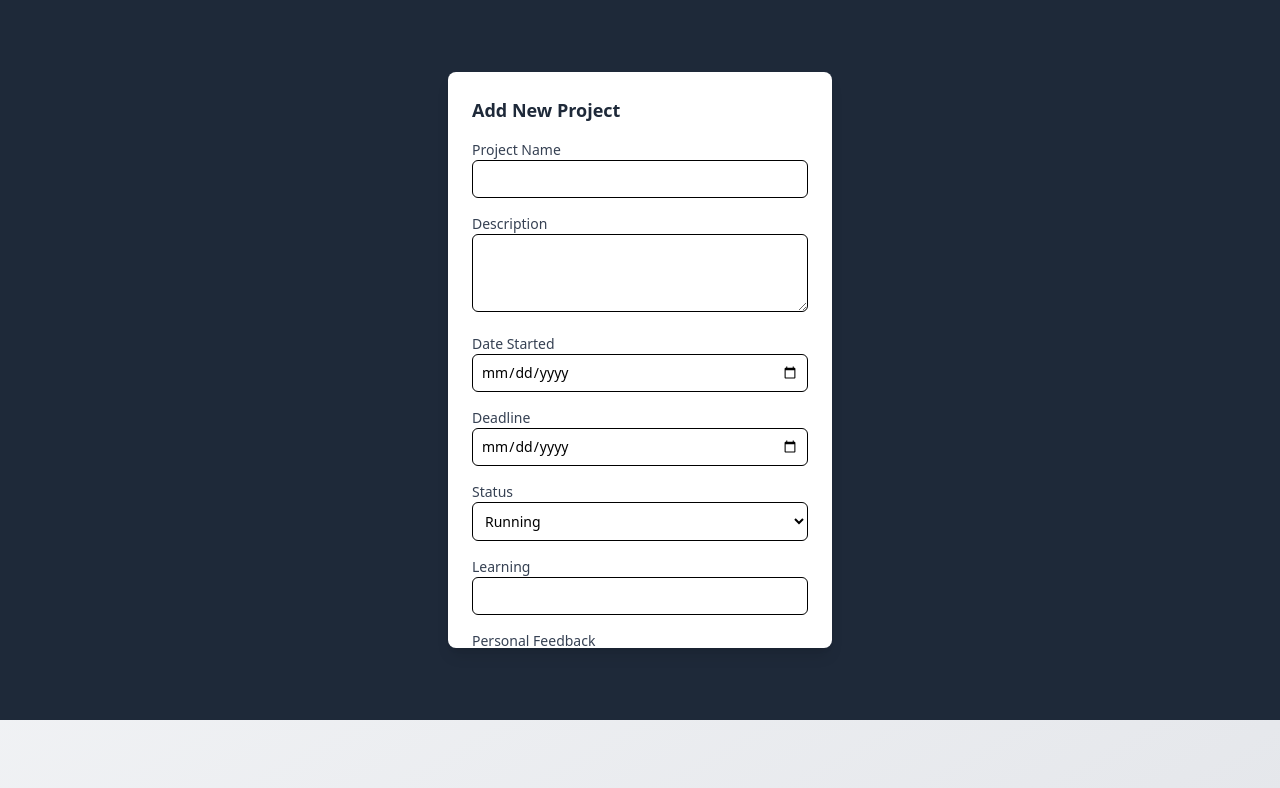
Repository: mohitagrawal0412/Workify
Page: /projects (app in client/), after clicking the first element matching `button.bg-indigo-600`
These files come from the project's save history. The page is drawn as it stood at one moment and after the next save; the edit follows.
The browser window is 1280 px wide. The pictures show the whole page.
The project was rebuilt for these pictures with package versions that can differ from the ones it lists, and the page was loaded fresh each time. Also part of the build but not shown: client/vite.config.js, client/src/index.css, client/src/Components/Dashboard/Dashboard.jsx, client/src/Components/Dashboard/ProjectDetails.jsx, client/src/Components/Dashboard/EntryDetails.jsx, client/src/Components/Dashboard/SubEntryDetails.jsx.

Above is the page before, as saved 2025-04-15 14:50:19.

### client/src/App.jsx
import './App.css';
import { BrowserRouter as Router, Routes, Route } from 'react-router-dom';
import Navbar from './Components/Dashboard/Navbar.jsx'; // Import Navbar component
import Dashboard from './Components/Dashboard/Dashboard';
import AllProjects from './Components/Dashboard/AllProjects'; // Adjust path as needed
import ProjectDetails from './Components/Dashboard/ProjectDetails'; // Add this import for the project details page
import EntryDetails from './Components/Dashboard/EntryDetails'; // Add this import for the entry details page
import SubEntryDetails from './Components/Dashboard/SubEntryDetails';

function App() {
  return (
    <Router>
      {/* Navbar will be displayed across all pages */}
      <Navbar />

      <Routes>
        {/* Route for Dashboard */}
        <Route path="/" element={<Dashboard />} />

        {/* Route for All Projects */}
        <Route path="/projects" element={<AllProjects />} />

        {/* Route for Project Details, assuming we are passing projectId */}
        <Route path="/projectDetails" element={<ProjectDetails />} />

        {/* Route for Entry Details, assuming we are passing entryId */}
        <Route path="/entryDetails" element={<EntryDetails />} />

        {/* Route for SubEntryDetails */}
        <Route path="/SubEntryDetails" element={<SubEntryDetails />} />
      </Routes>
    </Router>
  );
}

export default App;

### client/src/Components/Dashboard/Navbar.jsx
import React, { useState, useEffect } from "react";
import { Link } from "react-router-dom";
import { FaMoon, FaSun, FaBars, FaTimes } from "react-icons/fa";

const Navbar = () => {
  const [darkMode, setDarkMode] = useState(false);
  const [isMenuOpen, setIsMenuOpen] = useState(false);

  const toggleDarkMode = () => setDarkMode(!darkMode);
  const toggleMenu = () => setIsMenuOpen(!isMenuOpen);

  useEffect(() => {
    if (darkMode) {
      document.body.classList.add("dark");
    } else {
      document.body.classList.remove("dark");
    }
  }, [darkMode]);

  return (
    <nav className="bg-white dark:bg-gray-900 shadow-md px-6 py-4 rounded-b-xl">
      <div className="flex items-center justify-between">
        {/* Logo */}
        <span className="text-purple-600 dark:text-purple-400 text-2xl font-extrabold tracking-wide transform hover:scale-105 transition-transform">
          📘 WorkLogger
        </span>

        {/* Hamburger Button */}
        <button
          className="sm:hidden text-gray-700 dark:text-gray-300 text-2xl focus:outline-none"
          onClick={toggleMenu}
        >
          {isMenuOpen ? <FaTimes /> : <FaBars />}
        </button>

        {/* Desktop Menu */}
        <div className="hidden sm:flex items-center space-x-6 text-sm font-medium text-gray-700 dark:text-gray-300">
          <Link to="/" className="hover:text-purple-600 dark:hover:text-purple-400">Dashboard</Link>
          <Link to="/projects" className="hover:text-purple-600 dark:hover:text-purple-400">Projects</Link>
          <Link to="/calendar" className="hover:text-purple-600 dark:hover:text-purple-400">Calendar</Link>
          <Link to="/insights" className="hover:text-purple-600 dark:hover:text-purple-400">Insights</Link>
          <Link to="/settings" className="hover:text-purple-600 dark:hover:text-purple-400">Settings</Link>

          <button
            onClick={toggleDarkMode}
            className="ml-4 text-white bg-purple-600 hover:bg-purple-700 px-3 py-2 rounded-lg transition-all duration-200 flex items-center gap-2"
          >
            {darkMode ? <FaSun /> : <FaMoon />}
            {darkMode ? "Light" : "Dark"}
          </button>
        </div>
      </div>

      {/* Mobile Menu */}
      {isMenuOpen && (
        <div className="sm:hidden mt-4 space-y-3 text-center text-gray-700 dark:text-gray-300 text-sm font-medium">
          <Link
            to="/"
            onClick={toggleMenu}
            className="block hover:text-purple-600 dark:hover:text-purple-400"
          >
            Dashboard
          </Link>
          <Link
            to="/projects"
            onClick={toggleMenu}
            className="block hover:text-purple-600 dark:hover:text-purple-400"
          >
            Projects
          </Link>
          <Link
            to="/calendar"
            onClick={toggleMenu}
            className="block hover:text-purple-600 dark:hover:text-purple-400"
          >
            Calendar
          </Link>
          <Link
            to="/insights"
            onClick={toggleMenu}
            className="block hover:text-purple-600 dark:hover:text-purple-400"
          >
            Insights
          </Link>
          <Link
            to="/settings"
            onClick={toggleMenu}
            className="block hover:text-purple-600 dark:hover:text-purple-400"
          >
            Settings
          </Link>

          <button
            onClick={() => {
              toggleDarkMode();
              toggleMenu();
            }}
            className="mt-2 text-white bg-purple-600 hover:bg-purple-700 px-4 py-2 rounded-lg transition-all duration-200 flex items-center gap-2 mx-auto"
          >
            {darkMode ? <FaSun /> : <FaMoon />}
            {darkMode ? "Light Mode" : "Dark Mode"}
          </button>
        </div>
      )}
    </nav>
  );
};

export default Navbar;

### client/src/Components/Dashboard/AllProjects.jsx
import React, { useState } from "react";
import AddProjectModal from "./AddProjectModal"; // Import the AddProjectModal component
import { FaClock, FaTasks, FaCalendarAlt, FaHourglassEnd } from "react-icons/fa";
import { Link, useNavigate } from "react-router-dom";

const dummyProjects = [
    {
        _id: "1",
        projectName: "Task Tracker App",
        description: "Track daily tasks and progress.",
        totalSpentTime: 12,
        status: "running",
        entries: [1, 2],
        createdAt: "2024-03-01T10:00:00Z",
        deadline: "2024-04-15T23:59:59Z",
    },
    {
        _id: "2",
        projectName: "Portfolio Website",
        description: "Personal portfolio for showcasing work.",
        totalSpentTime: 20,
        status: "completed",
        entries: [1, 2, 3],
        createdAt: "2024-02-15T08:30:00Z",
        deadline: "2024-03-10T23:59:59Z",
    },
    {
        _id: "3",
        projectName: "Expense Manager",
        description: "Manage personal finances with ease.",
        totalSpentTime: 8,
        status: "under seen of manager",
        entries: [],
        createdAt: "2024-04-01T14:45:00Z",
        deadline: "2024-05-01T23:59:59Z",
    },
];

const statusColors = {
    running: "bg-green-100 text-green-600",
    completed: "bg-purple-100 text-purple-600",
    "under seen of manager": "bg-yellow-100 text-yellow-600",
};

const AllProjects = () => {
    const [projects, setProjects] = useState(dummyProjects);
    const [showModal, setShowModal] = useState(false);

    const handleShowModal = () => setShowModal(true);
    const handleCloseModal = () => setShowModal(false);

    const handleAddProject = (newProject) => {
        console.log("New Project Added:", newProject);
        setProjects((prevProjects) => [
            ...prevProjects,
            { ...newProject, _id: new Date().toISOString() },
        ]);
        handleCloseModal(); // Close the modal
    };

    return (
        <div className="min-h-screen bg-gradient-to-br from-gray-50 to-gray-200 py-10 px-6">
            <h1 className="text-4xl font-bold text-center text-gray-800 mb-10">🚀 All Projects</h1>

            <div className="mb-5 text-center">
                <button
                    onClick={handleShowModal}
                    className="bg-indigo-600 text-white py-2 px-4 rounded-md shadow-md hover:bg-indigo-700 transition duration-200"
                    aria-label="Add a new project"
                >
                    Add Project
                </button>
            </div>

            <div className="grid grid-cols-1 sm:grid-cols-2 lg:grid-cols-3 gap-8">
                {projects.map((project) => (
                    <div
                        key={project._id}
                        className="bg-white rounded-2xl shadow-lg border border-gray-200 hover:shadow-xl transition-shadow duration-300"
                    >
                        {/* Card Header */}
                        <div className="bg-gradient-to-r from-purple-500 to-indigo-500 text-white rounded-t-2xl px-5 py-4 flex items-center justify-between">
                            <h2 className="text-xl font-bold">{project.projectName}</h2>
                            <span
                                className={`px-3 py-1 rounded-full text-xs font-medium ${statusColors[project.status]}`}
                            >
                                {project.status}
                            </span>
                        </div>

                        {/* Card Body */}
                        <div className="p-5 space-y-3">
                            <p className="text-gray-600 text-2xl">
                                {project.description.split(" ").slice(0, 4).join(" ")}
                                {project.description.split(" ").length > 4 ? "..." : ""}
                            </p>
                            <div className="text-sm text-gray-700 space-y-1">
                                <div className="flex items-center gap-2">
                                    <FaTasks className="text-blue-500" />
                                    <span>
                                        <span className="font-medium">Entries:</span> {project.entries.length}
                                    </span>
                                </div>
                                <div className="flex items-center gap-2">
                                    <FaClock className="text-amber-500" />
                                    <span>
                                        <span className="font-medium">Time Spent:</span> {project.totalSpentTime} hrs
                                    </span>
                                </div>
                                <div className="flex items-center gap-2">
                                    <FaCalendarAlt className="text-green-600" />
                                    <span>
                                        <span className="font-medium">Started:</span>{" "}
                                        {new Date(project.createdAt).toLocaleDateString()}
                                    </span>
                                </div>
                                <div className="flex items-center gap-2">
                                    <FaHourglassEnd className="text-red-500" />
                                    <span>
                                        <span className="font-medium">Deadline:</span>{" "}
                                        {new Date(project.deadline).toLocaleDateString()}
                                    </span>
                                </div>
                            </div>
                        </div>

                        {/* Footer */}
                        <div className="bg-gray-50 px-5 py-3 rounded-b-2xl text-right">
                            <button className="text-sm text-indigo-600 hover:underline font-medium">
                                <Link to="/projectDetails" className="hover:text-purple-600">
                                    View Details
                                </Link>
                            </button>
                        </div>
                    </div>
                ))}
            </div>

            {/* Add Project Modal */}
            <AddProjectModal
                showModal={showModal}
                handleClose={handleCloseModal}
                handleAddProject={handleAddProject}
            />
        </div>
    );
};

export default AllProjects;

### client/src/Components/Dashboard/AddProjectModal.jsx
import React, { useState } from "react";

const AddProjectModal = ({ showModal, handleClose, handleAddProject }) => {
    const [newProject, setNewProject] = useState({
        projectName: "",
        description: "",
        dateStarted: "",
        deadline: "",
        totalSpentTime: 0,
        status: "running",
        learning: "",
        personalFeedback: "",
    });

    const handleChange = (e) => {
        const { name, value } = e.target;
        setNewProject((prevState) => ({
            ...prevState,
            [name]: value,
        }));
    };

    const handleSubmit = (e) => {
        e.preventDefault();
        handleAddProject(newProject); // Pass the new project data to the parent component
        handleClose(); // Close the modal
    };

    return (
        <>
            {showModal && (
                <div className="fixed inset-0 bg-gray-800 bg-opacity-20 backdrop-blur-sm flex justify-center items-center">


                    {/* <div className="fixed inset-0 bg-transparent flex justify-center items-center"> */}


                    <div className="bg-white rounded-lg shadow-lg w-96 p-6 overflow-y-auto max-h-[80vh]">
                        <h2 className="text-lg font-semibold text-gray-800 mb-4">Add New Project</h2>
                        <form onSubmit={handleSubmit}>
                            <div className="mb-4">
                                <label className="block text-sm text-gray-700">Project Name</label>
                                <input
                                    type="text"
                                    className="w-full p-2 border rounded-md focus:outline-none focus:ring-2 focus:ring-indigo-500 text-sm"
                                    name="projectName"
                                    value={newProject.projectName}
                                    onChange={handleChange}
                                    required
                                />
                            </div>

                            <div className="mb-4">
                                <label className="block text-sm text-gray-700">Description</label>
                                <textarea
                                    rows="3"
                                    className="w-full p-2 border rounded-md focus:outline-none focus:ring-2 focus:ring-indigo-500 text-sm"
                                    name="description"
                                    value={newProject.description}
                                    onChange={handleChange}
                                />
                            </div>

                            <div className="mb-4">
                                <label className="block text-sm text-gray-700">Date Started</label>
                                <input
                                    type="date"
                                    className="w-full p-2 border rounded-md focus:outline-none focus:ring-2 focus:ring-indigo-500 text-sm"
                                    name="dateStarted"
                                    value={newProject.dateStarted}
                                    onChange={handleChange}
                                />
                            </div>

                            <div className="mb-4">
                                <label className="block text-sm text-gray-700">Deadline</label>
                                <input
                                    type="date"
                                    className="w-full p-2 border rounded-md focus:outline-none focus:ring-2 focus:ring-indigo-500 text-sm"
                                    name="deadline"
                                    value={newProject.deadline}
                                    onChange={handleChange}
                                    required
                                />
                            </div>

                            <div className="mb-4">
                                <label className="block text-sm text-gray-700">Status</label>
                                <select
                                    className="w-full p-2 border rounded-md focus:outline-none focus:ring-2 focus:ring-indigo-500 text-sm"
                                    name="status"
                                    value={newProject.status}
                                    onChange={handleChange}
                                >
                                    <option value="running">Running</option>
                                    <option value="completed">Completed</option>
                                    <option value="under seen of manager">Under Seen of Manager</option>
                                </select>
                            </div>

                            <div className="mb-4">
                                <label className="block text-sm text-gray-700">Learning</label>
                                <input
                                    type="text"
                                    className="w-full p-2 border rounded-md focus:outline-none focus:ring-2 focus:ring-indigo-500 text-sm"
                                    name="learning"
                                    value={newProject.learning}
                                    onChange={handleChange}
                                />
                            </div>

                            <div className="mb-6">
                                <label className="block text-sm text-gray-700">Personal Feedback</label>
                                <textarea
                                    rows="3"
                                    className="w-full p-2 border rounded-md focus:outline-none focus:ring-2 focus:ring-indigo-500 text-sm"
                                    name="personalFeedback"
                                    value={newProject.personalFeedback}
                                    onChange={handleChange}
                                />
                            </div>

                            <div className="flex justify-between">
                                <button
                                    type="button"
                                    onClick={handleClose}
                                    className="text-gray-600 hover:text-gray-800 text-sm"
                                >
                                    Cancel
                                </button>
                                <button
                                    type="submit"
                                    className="bg-indigo-600 text-white py-2 px-4 rounded-md hover:bg-indigo-700 text-sm"
                                >
                                    Add Project
                                </button>
                            </div>
                        </form>
                    </div>
                </div>
            )}
        </>
    );
};

export default AddProjectModal;

Loaded but not shown: client/index.html (common file); client/src/main.jsx (common file); client/src/App.css (common file)

After the next save:
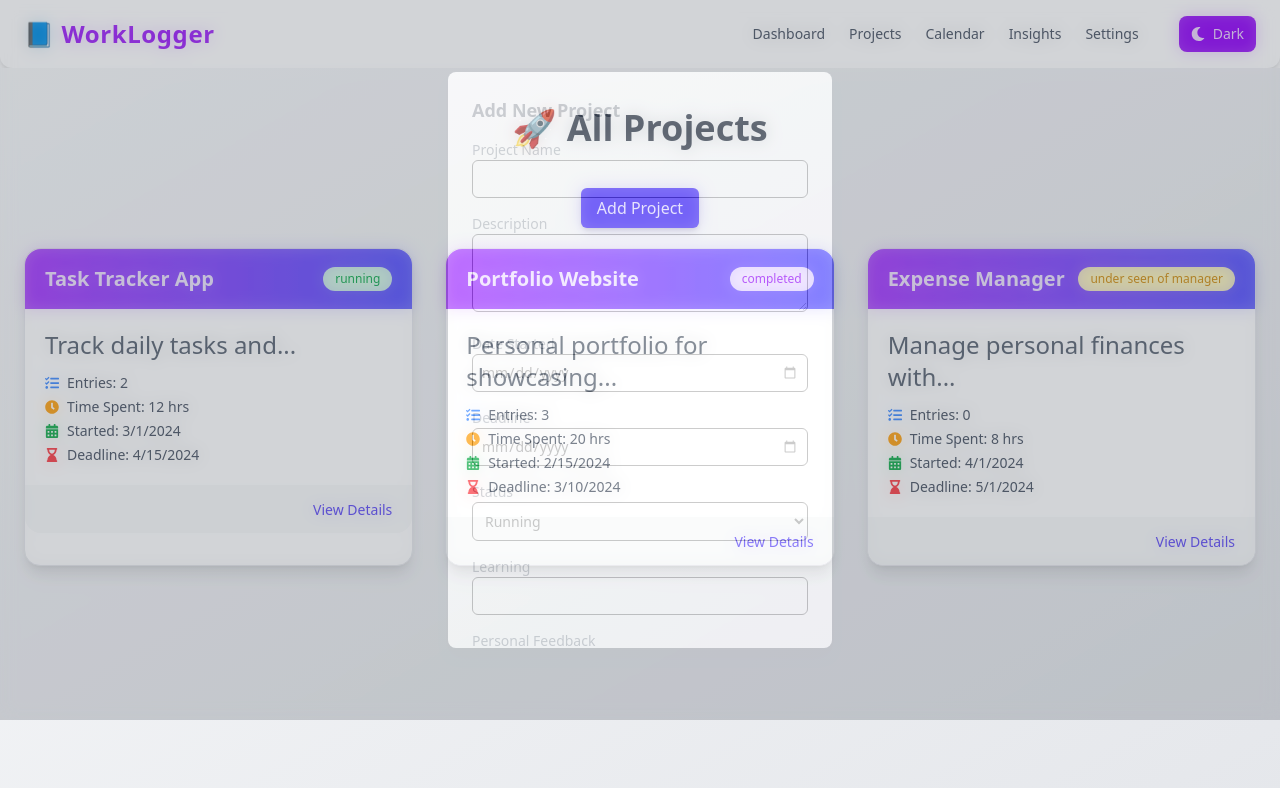
Saved 3 min 3 s later.
--- a/client/src/Components/Dashboard/AddProjectModal.jsx
+++ b/client/src/Components/Dashboard/AddProjectModal.jsx
@@ -29,7 +29,7 @@
     return (
         <>
             {showModal && (
-                <div className="fixed inset-0 bg-gray-800 bg-opacity-20 backdrop-blur-sm flex justify-center items-center">
+                <div className="fixed inset-0 bg-gray-800 opacity-20 backdrop-blur-sm flex justify-center items-center">
 
 
                     {/* <div className="fixed inset-0 bg-transparent flex justify-center items-center"> */}

After the save that followed:
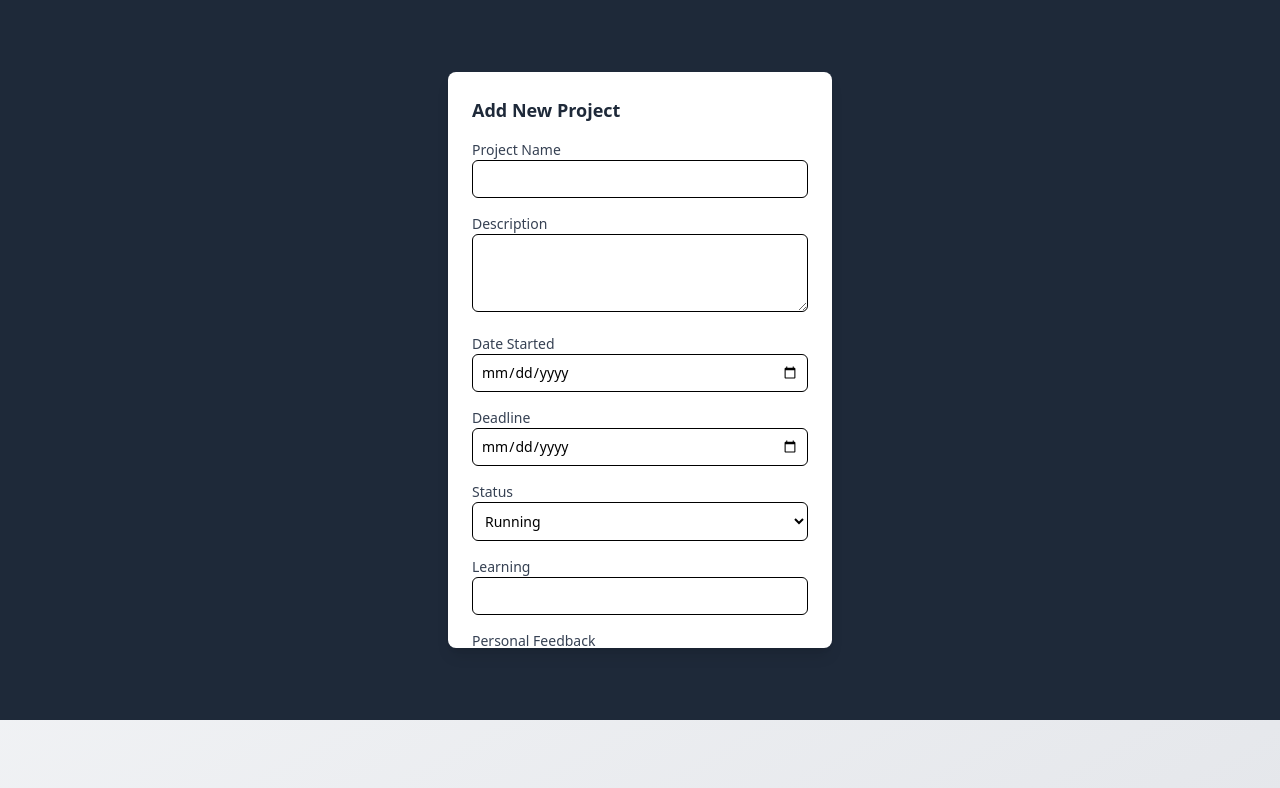
Saved 30 s later.
--- a/client/src/Components/Dashboard/AddProjectModal.jsx
+++ b/client/src/Components/Dashboard/AddProjectModal.jsx
@@ -29,7 +29,7 @@
     return (
         <>
             {showModal && (
-                <div className="fixed inset-0 bg-gray-800 opacity-20 backdrop-blur-sm flex justify-center items-center">
+                <div className="fixed inset-0 bg-gray-800  backdrop-blur-sm flex justify-center items-center">
 
 
                     {/* <div className="fixed inset-0 bg-transparent flex justify-center items-center"> */}
